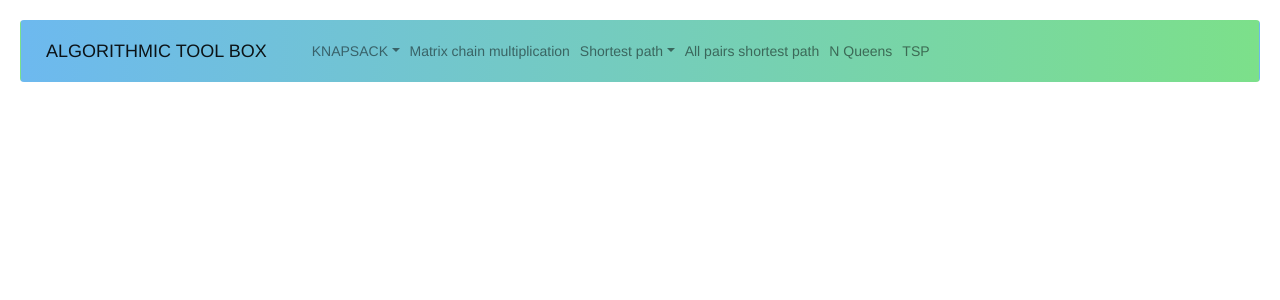
Repository: vinaybabu3962/ALGORITHMIC-TOOLBOX
Page: DAA_WT/webapp/index.html
The author's editor kept a copy of each file at every save. The page is drawn from the files as they stood at one save, then again after the next save.
The browser window is 1280 px wide. The pictures show the whole page.
Some web libraries are served in a nearby version.

Above is the page before, as saved 2021-07-06 14:39:19.

### DAA_WT/webapp/index.html
<!DOCTYPE html>
<html lang="en">
<head>
<meta charset="utf-8">
<meta name="viewport" content="width=device-width, initial-scale=1">
<title>Bootstrap 4 Dropdowns within a Navbar</title>
<link rel="stylesheet" href="https://cdn.jsdelivr.net/npm/bootstrap@4.6.0/dist/css/bootstrap.min.css">
<script src="https://code.jquery.com/jquery-3.5.1.min.js"></script>
<script src="https://cdn.jsdelivr.net/npm/bootstrap@4.6.0/dist/js/bootstrap.bundle.min.js"></script>
<script src="//ajax.googleapis.com/ajax/libs/jquery/1.11.0/jquery.min.js"></script>
<script src="//netdna.bootstrapcdn.com/bootstrap/3.1.1/js/bootstrap.min.js"></script>
<link rel="stylesheet" type="text/css" href="//netdna.bootstrapcdn.com/bootstrap/3.1.1/css/bootstrap.min.css">
<style>
	*{
		margin: 0px;
		padding:0px;
	}
	.bs-example{
    	margin: 20px;

    }
    .abcd{
    background-image: linear-gradient(to right, #6db9ef, #7ce08a);
    }
</style>
</head>
<body>
<div class="bs-example">
    <nav class="navbar navbar-expand-md navbar-light bg-light abcd">
        <a href="index.html" class="navbar-brand">ALGORITHMIC TOOL BOX</a>
        <button type="button" class="navbar-toggler" data-toggle="collapse" data-target="#navbarCollapse">
            <span class="navbar-toggler-icon"></span>
        </button>
        <div id="navbarCollapse" class="collapse navbar-collapse">
            <ul class="nav navbar-nav">


                <li class="nav-item dropdown">
                    <a href="#" class="nav-link dropdown-toggle" data-toggle="dropdown">KNAPSACK</a>
                    <div class="dropdown-menu">
                    	<a href="GreedyKnapsack.html" class="dropdown-item">Greedy Knapsack</a>
  						<a href="KnapSackDP.html" class="dropdown-item">Knapsack using DP</a>

                    </div>
                </li>
                <li class="nav-item">
                  <a href="MatrixChainMultiplication.html" class="nav-link">Matrix chain multiplication</a>

                </li>
                <li class="nav-item dropdown">
                    <a href="#" class="nav-link dropdown-toggle" data-toggle="dropdown">Shortest path</a>
                    <div class="dropdown-menu">
                     	<a href="Dijkstras.html" class="dropdown-item">Dijkstras shortest path</a>
  						<a href="BellmanFord.html" class="dropdown-item">Bellman Ford Algorithm</a>

                    </div>
                </li>
                 <li class="nav-item">

                  <a href="FloydWarshall.html" class="nav-link">All pairs shortest path</a>
                </li>
                <li class="nav-item">

                  <a href="NQueens.html" class="nav-link">N Queens </a>
                </li>
                <li class="nav-item">

                  <a href="Tsp.html" class="nav-link">TSP</a>
                </li>
            </ul>

        </div>
    </nav>
</div>
</body>
</html>

After the next save:
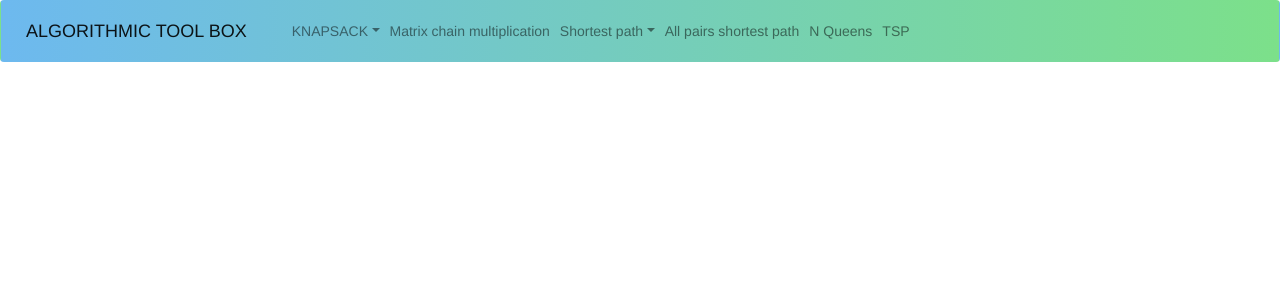
Saved 35 s later.
--- a/DAA_WT/webapp/index.html
+++ b/DAA_WT/webapp/index.html
@@ -15,10 +15,7 @@
 		margin: 0px;
 		padding:0px;
 	}
-	.bs-example{
-    	margin: 20px;
 
-    }
     .abcd{
     background-image: linear-gradient(to right, #6db9ef, #7ce08a);
     }
